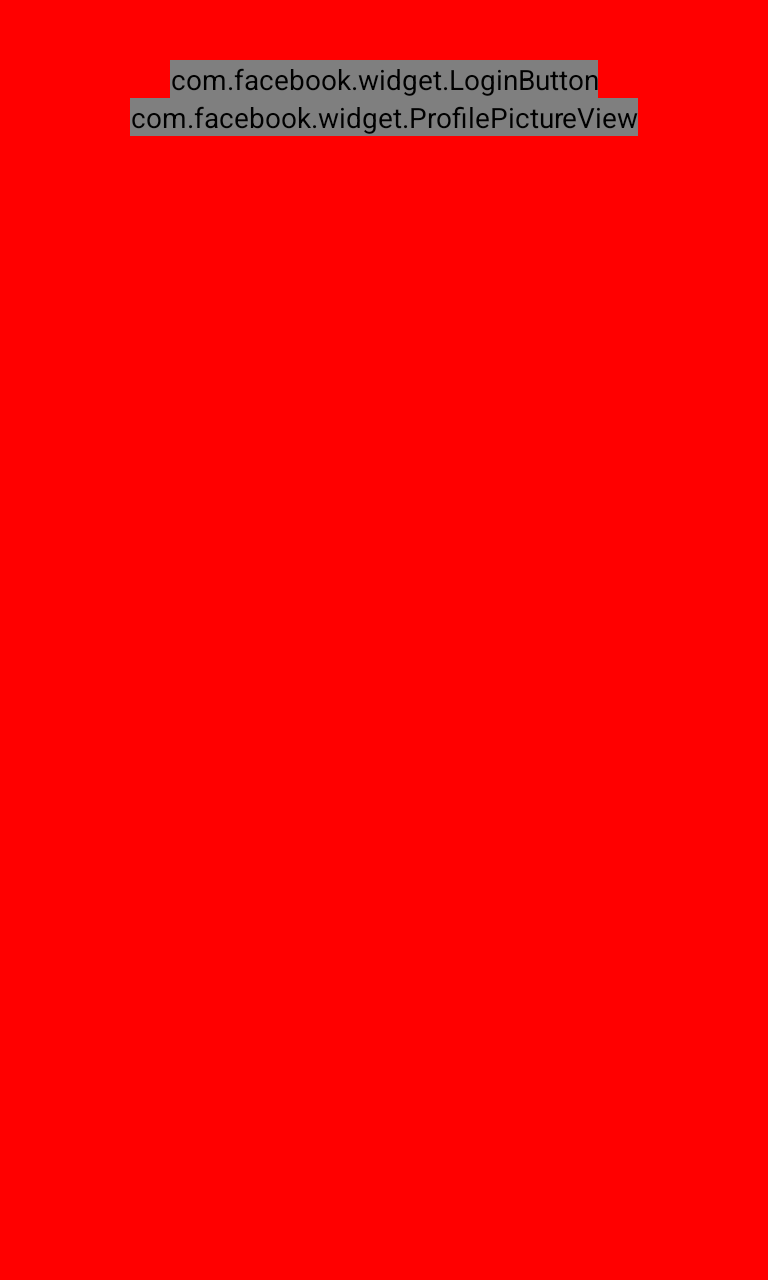
Repository: JordanLor/final_project
Layout: Swipe_Fragments/res/layout/fragment1.xml
These files come from the project's save history. The layout is drawn as it stood at one moment and after the next save; the edit follows.
Pictures or frames that could not be fetched are drawn as grey boxes. It is drawn on a 768 x 1280 px phone screen (xhdpi) without system bars, with theme android:Theme.NoTitleBar.Fullscreen; the app's code is not run. Lists and similar views that code fills are empty.

Above is the layout before, as saved 2014-03-07 17:55:32.

After the next save:
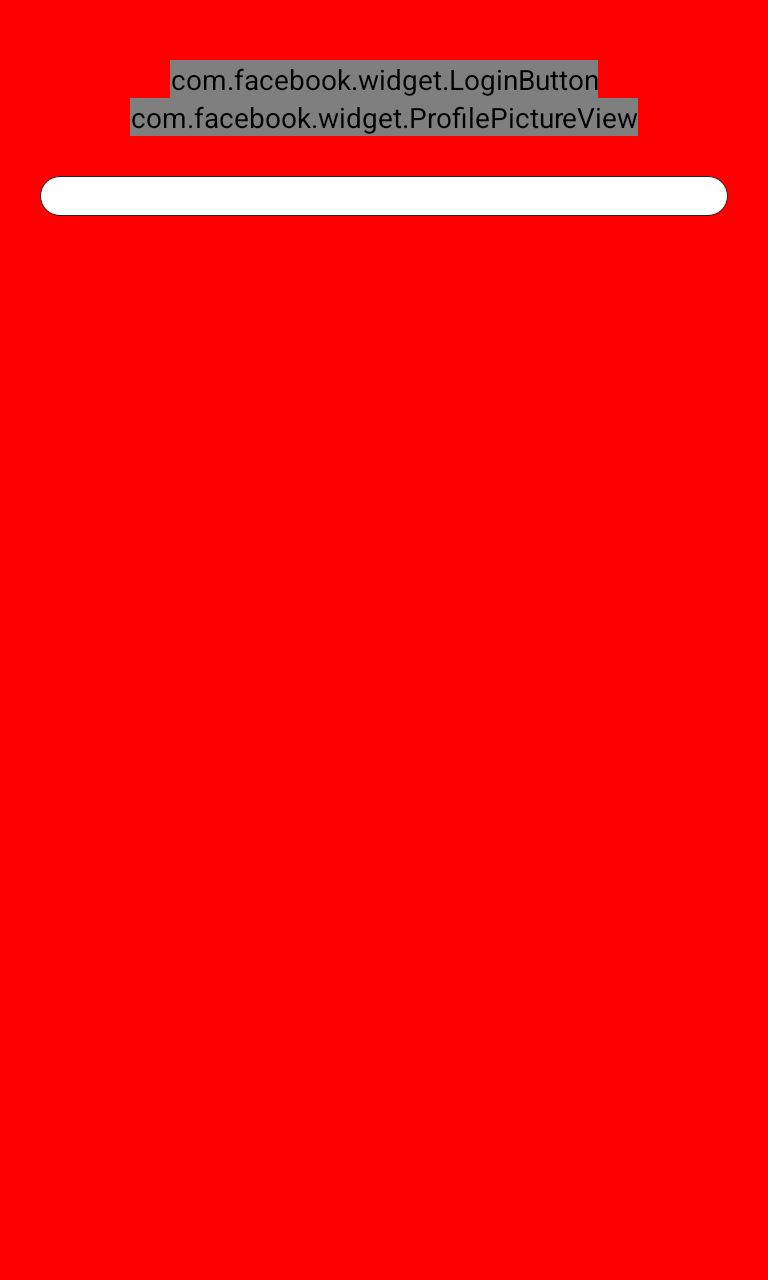
Saved 20 days later.
--- a/Swipe_Fragments/res/layout/fragment1.xml
+++ b/Swipe_Fragments/res/layout/fragment1.xml
@@ -21,6 +21,15 @@
         android:layout_height="wrap_content"
         android:layout_width="wrap_content"
         android:layout_gravity="center"
-        facebook:preset_size="large" />
+        />
+
+     <ListView
+        android:id="@+id/selection_list"
+        android:layout_width="fill_parent"
+        android:layout_height="wrap_content"
+        android:layout_margin="20dp"
+        android:background="@drawable/button_border" />
+
+
 
 </LinearLayout>
